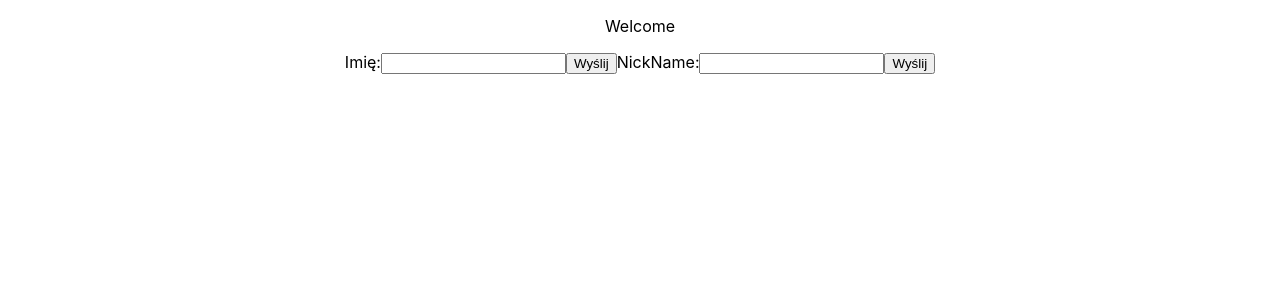
Repository: Tomjand/login-pin
Page: /
The author's editor kept a copy of each file at every save. The page is drawn from the files as they stood at one save, then again after the next save.
The browser window is 1280 px wide. The pictures show the whole page.
The project was rebuilt for these pictures with package versions that can differ from the ones it lists, and the page was loaded fresh each time.

Above is the page before, as saved 2022-08-22 21:14:11.

### src/App.js
import logo from "./logo.svg";
import "./App.css";

function App() {
  return (
    <div className="App">
      <p>Welcome</p>

      <form>
      <label>
          Imię:
          <input type="text" name="name" />
        </label>
        <input type="submit" value="Wyślij" />
        <label>
          NickName:
          <input type="text" name="name" />
        </label>
        <input type="submit" value="Wyślij" />
      </form>
    </div>
  );
}

export default App;

Loaded but not shown: public/index.html (common file); src/index.js (common file); src/index.css (common file); src/reportWebVitals.js (common file); src/App.css (common file)

After the next save:
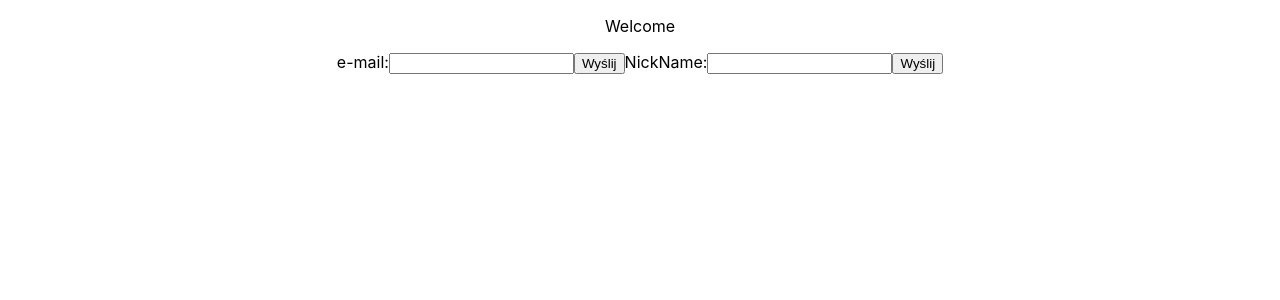
Saved 7 s later.
--- a/src/App.js
+++ b/src/App.js
@@ -8,7 +8,7 @@ function App() {
 
       <form>
       <label>
-          Imię:
+          e-mail:
           <input type="text" name="name" />
         </label>
         <input type="submit" value="Wyślij" />
